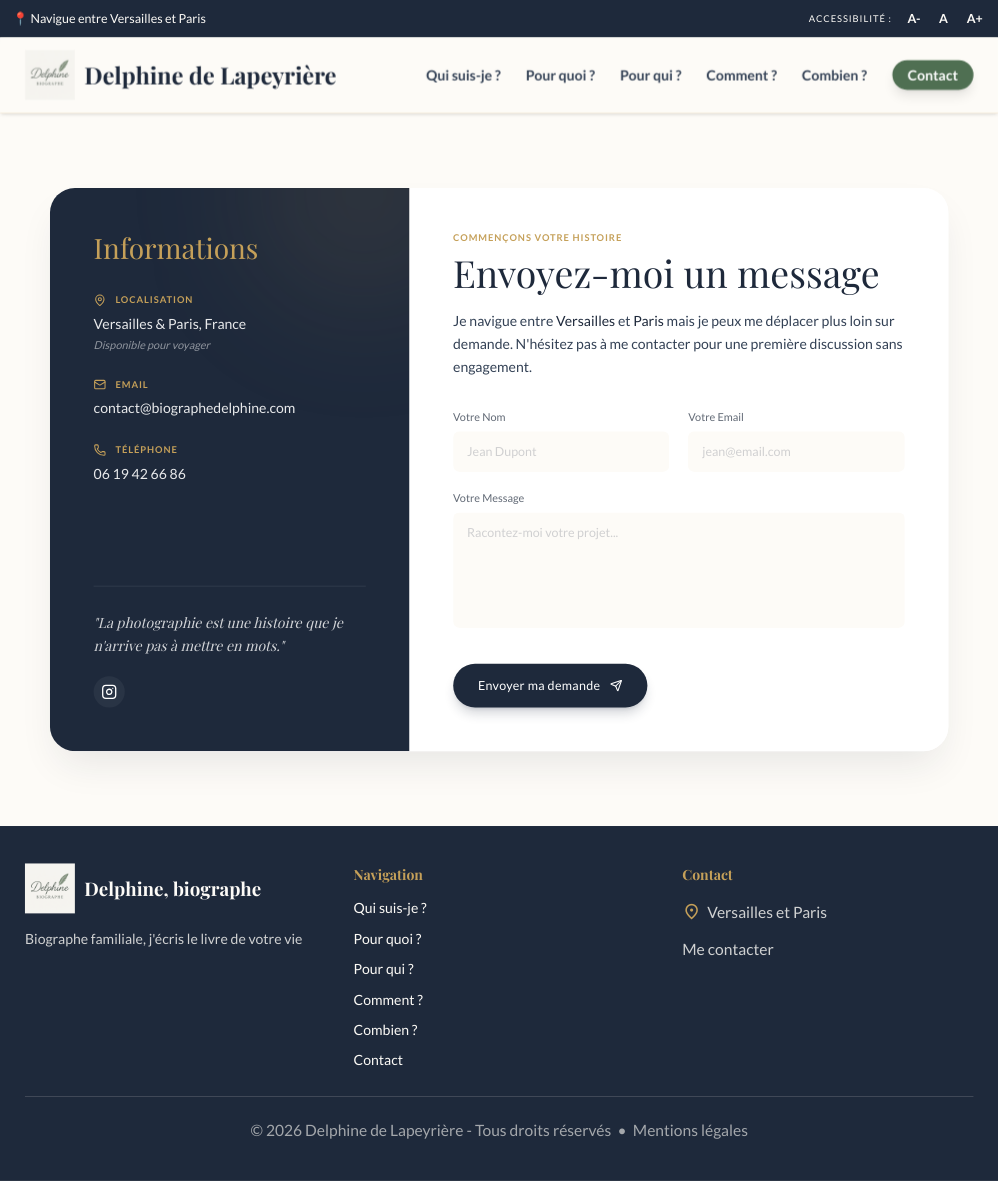
Repository: louisbdc/delphine-biographe
Page: /contact
These files come from the project's save history. The page is drawn as it stood at one moment and after the next save; the edit follows.
The browser window is 1280 px wide. The pictures show the whole page, at 78% of full size.
Some web fonts or font styles are not loaded; a fallback is used. The project was rebuilt for these pictures with package versions that can differ from the ones it lists, and the page was loaded fresh each time. The framework's server and built-in components were replaced by stand-ins that run in the browser. Also part of the build but not shown: next.config.js.

Above is the page before, as saved 2026-01-07 17:15:59.

After the next save:
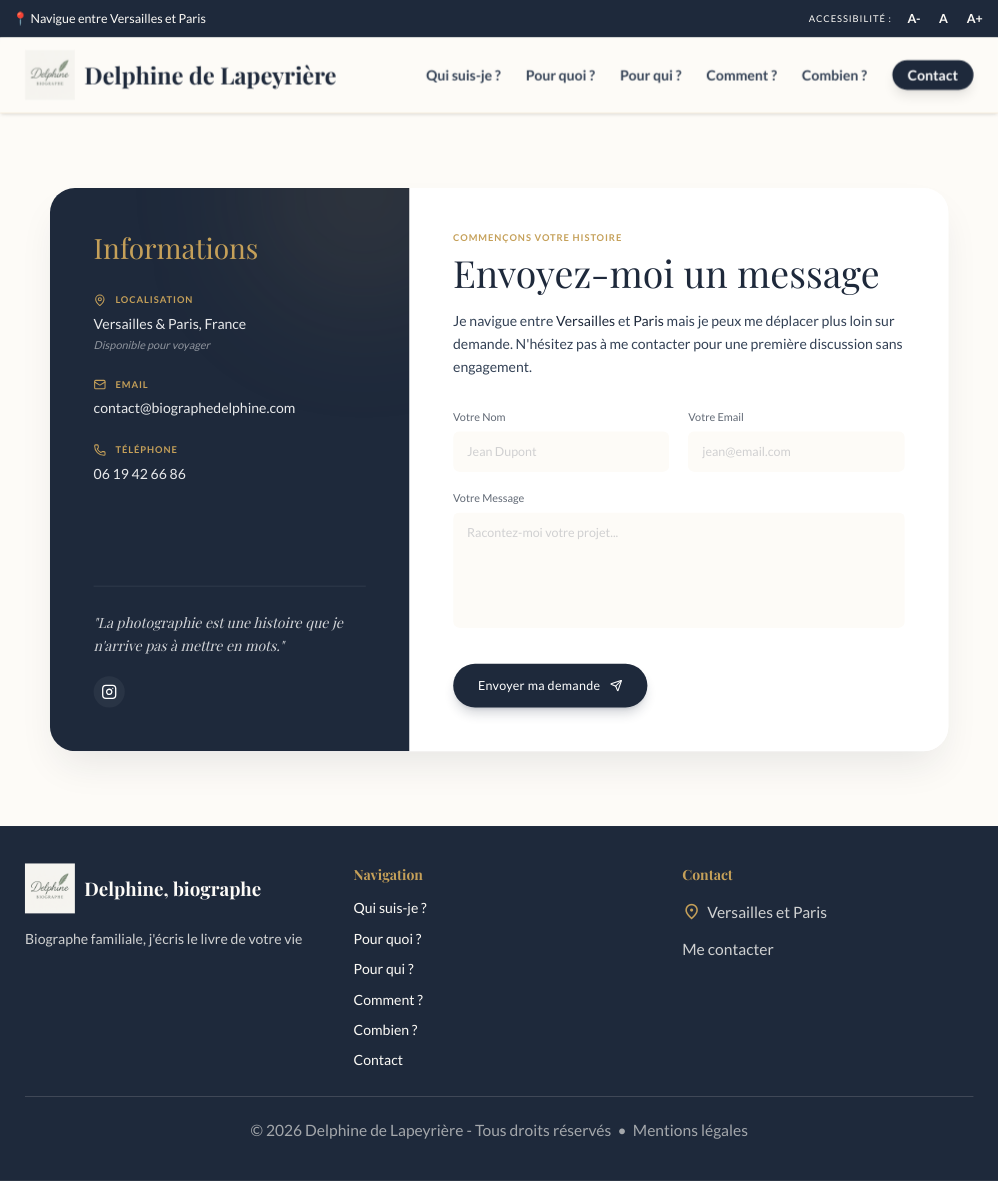
Saved 102 s later.
--- a/components/Navigation.tsx
+++ b/components/Navigation.tsx
@@ -62,7 +62,7 @@ export default function Navigation() {
           <li>
             <a
               href="/contact"
-              className="px-5 py-2 bg-sage text-white rounded-full hover:bg-green-800 transition-colors shadow-lg transform hover:-translate-y-0.5"
+              className="px-5 py-2 bg-navy text-white rounded-full hover:bg-navy-light transition-colors shadow-lg transform hover:-translate-y-0.5"
             >
               Contact
             </a>
